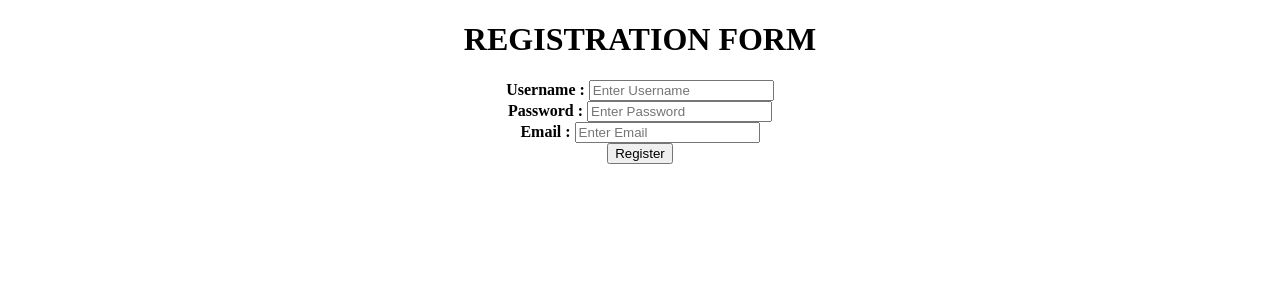
Repository: mugdha97/JSPServlet
Page: http://localhost/loginPage/register.jsp
The author's editor kept a copy of each file at every save. The page is drawn from the files as they stood at one save, then again after the next save.
The browser window is 1280 px wide. The pictures show the whole page.
The page is served by Tomcat 9. Other server files are loaded and not shown.

Above is the page before, as saved 2019-10-22 05:41:12.

### loginPage/WebContent/register.jsp
<%@ page language="java" contentType="text/html; charset=UTF-8"
    pageEncoding="UTF-8"%>
<!DOCTYPE html>
<html>
<head>
<meta charset="UTF-8">
<title>Insert title here</title>

</head>
<body>
<center>
<div class="container">
<form action="register" method="post">
		<div><h1> REGISTRATION FORM</h1></div>
      <label for="uname"><b>Username : </b></label>
      <input type="text" placeholder="Enter Username" name="uname" required><br>

      <label for="psw"><b>Password : </b></label>
      <input type="password" placeholder="Enter Password" name="password" required><br>

	  <label for="mail"><b>Email : </b></label>
	  <input type="text" placeholder="Enter Email" name="mail" pattern="[a-z0-9._%+-]+@[a-z0-9.-]+\.[a-z]{2,4}$" required><br>

      <button type="submit"value="Register">Register</button>
</form>
</div>
</center>
</body>

</html>

After the next save:
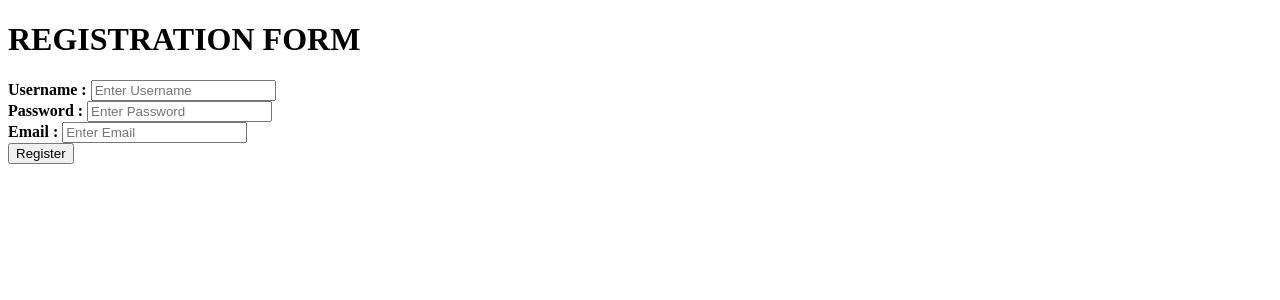
Saved 48 s later.
--- a/loginPage/WebContent/register.jsp
+++ b/loginPage/WebContent/register.jsp
@@ -8,7 +8,7 @@
 
 </head>
 <body>
-<center>
+
 <div class="container">
 <form action="register" method="post">
 		<div><h1> REGISTRATION FORM</h1></div>
@@ -24,7 +24,3 @@
       <button type="submit"value="Register">Register</button>
 </form>
 </div>
-</center>
-</body>
-
-</html>
